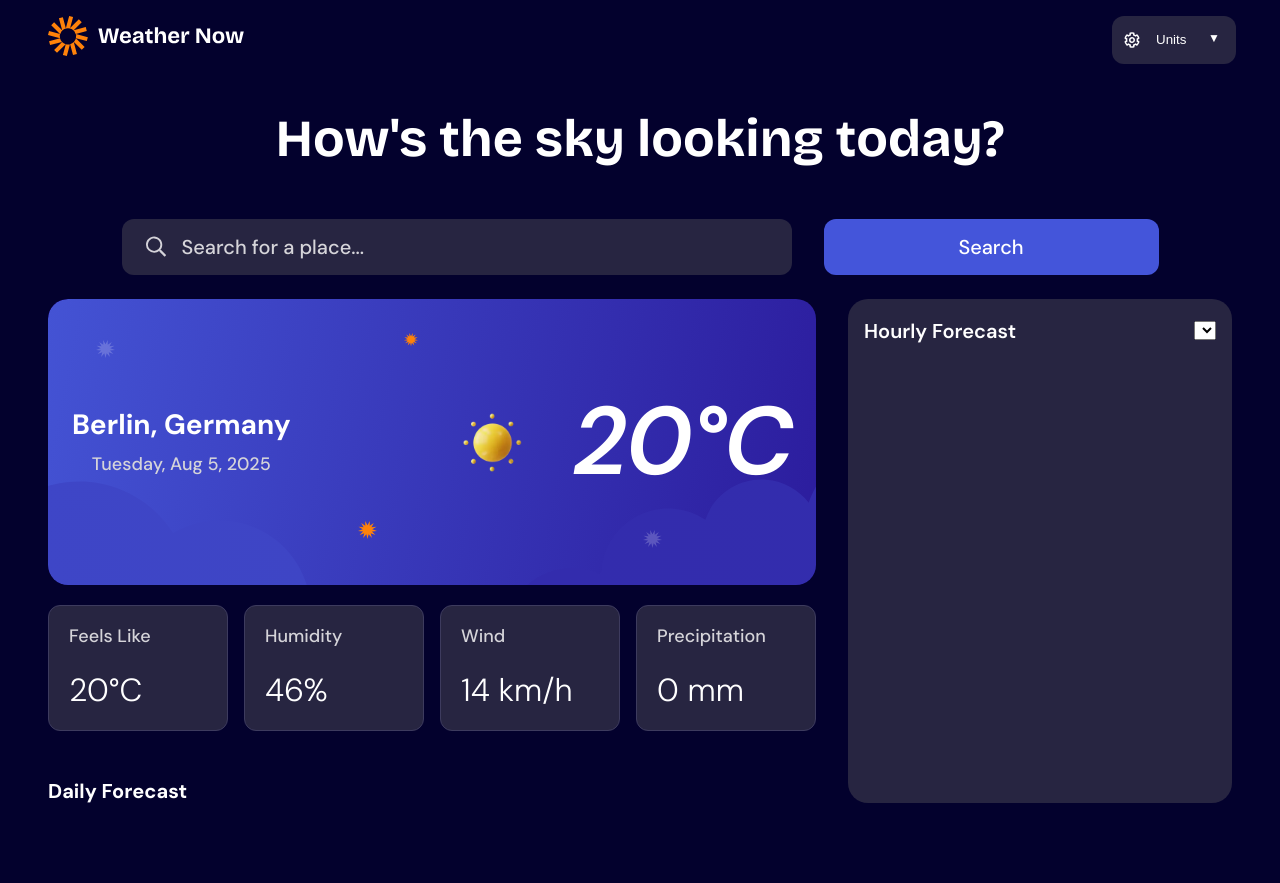
Repository: MKwaak/weather-app-main
Page: index.html
An editor plug-in stored every save of this project. The page is shown before and after the next save, followed by the edit.
The browser window is 1280 px wide. The pictures show the whole page.
The page's requests for data from a server got no answer.

Above is the page before, as saved 2026-01-27 23:35:12.

### index.html
<!doctype html>
<html lang="en">
  <head>
    <meta charset="UTF-8" />
    <meta name="viewport" content="width=device-width, initial-scale=1.0" />
    <!-- displays site properly based on user's device -->

    <link
      rel="icon"
      type="image/png"
      sizes="32x32"
      href="/assets/images/favicon-32x32.png"
    />

    <title>Frontend Mentor | Weather app</title>
    <link rel="stylesheet" href="/style.css" />
    <script src="/script.js" defer></script>

    <!-- Feel free to remove these styles or customise in your own stylesheet 👍 -->
    <style>
      .attribution {
        font-size: 11px;
        text-align: center;
      }
      .attribution a {
        color: hsl(228, 45%, 44%);
      }
    </style>
  </head>
  <body>
    <a href="#main" class="skip-link visually-hidden">skip to main content</a>

    <header class="header wrapper">
      <div class="header__content">
        <a class="header__homelink" href="/">
          <img
            class="header__logo"
            src="/assets/images/logo.svg"
            alt="Weather Now Home"
            width="197"
            height="40"
          />
        </a>

        <div class="header__units">
          <label for="ddlUnits" class="visually-hidden"
            >Temperature units</label
          >

          <div class="header__select">
            <select class="header__dropdown" name="units" id="ddlUnits">
              <option value="">Units</option>
              <option value="C">Celsius</option>
              <option value="F">Fahrenheit</option>
            </select>
          </div>
        </div>
      </div>
    </header>

    <main id="main" class="main wrapper">
      <section class="hero">
        <div class="hero__content">
          <h1 class="hero__title">How's the sky looking today?</h1>

          <form class="hero__search">
            <label for="search" class="visually-hidden">Search Location</label>
            <input
              type="text"
              id="search"
              class="hero__textbox"
              placeholder="Search for a place..."
            />
            <button class="hero__button" type="submit">Search</button>
          </form>
        </div>
      </section>

      <div class="dashboard">
        <section class="current">
          <h2 class="visually-hidden">Current Location Temperature</h2>

          <div class="current__content">
            <div class="current__weather">
              <div class="current__location">
                <div id="divCityCountry" class="current__city">
                  Berlin, Germany
                </div>
                <div id="divCurrentDate" class="current__date">
                  Tuesday, Aug 5, 2025
                </div>
              </div>

              <div class="current__info">
                <img
                  class="current__icon"
                  src="/assets/images/icon-sunny.webp"
                  alt=""
                  width="320"
                  height="320"
                />
                <div id="divCurrentTemp" class="current__temp">
                  <span>20</span>°C
                </div>
              </div>
            </div>

            <div class="current__conditions">
              <div class="block current__condition">
                <p class="current__condition-title">Feels Like</p>
                <p id="feels-like" class="current__condition-value">20°C</p>
              </div>

              <div class="block current__condition">
                <p class="current__condition-title">Humidity</p>
                <p id="humidity" class="current__condition-value">46%</p>
              </div>

              <div class="block current__condition">
                <p class="current__condition-title">Wind</p>
                <p id="wind" class="current__condition-value">14 km/h</p>
              </div>

              <div class="block current__condition">
                <p class="current__condition-title">Precipitation</p>
                <p id="precipitation" class="current__condition-value">0 mm</p>
              </div>
            </div>
          </div>
        </section>

        <section class="daily">
          <h2 class="section__title daily__title">Daily Forecast</h2>
          <div class="daily__forecast" id="dailyForecast"></div>
        </section>

        <section class="hourly">
          <div class="hourly__content">
            <div class="hourly__header">
              <h2 class="section__title hourly__title">Hourly Forecast</h2>
              <label for="hourlyDay" class="visually-hidden">Select day</label>
              <select
                name="hourly-day"
                id="hourlyDay"
                class="hourly__timeframe-select"
              >
                <!-- JS will inject current day -->
              </select>
            </div>

            <div class="hourly__hours" id="hourlyForecast">
              <!-- JS will inject hourly blocks here -->
            </div>
          </div>
        </section>
      </div>
    </main>
  </body>
</html>

### style.css
@layer global {
  /* dm-sans-300 - latin */
  @font-face {
    font-display: swap; /* Check https://developer.mozilla.org/en-US/docs/Web/CSS/@font-face/font-display for other options. */
    font-family: "DM Sans";
    font-style: normal;
    font-weight: 300;
    src: url("/assets/fonts/dm-sans-v17-latin-300.woff2") format("woff2"); /* Fixed path */
  }
  /* dm-sans-500 - latin */
  @font-face {
    font-display: swap; /* Check https://developer.mozilla.org/en-US/docs/Web/CSS/@font-face/font-display for other options. */
    font-family: "DM Sans";
    font-style: normal;
    font-weight: 500;
    src: url("/assets/fonts/dm-sans-v17-latin-500.woff2") format("woff2"); /* Fixed path */
  }
  /* dm-sans-600 - latin */
  @font-face {
    font-display: swap; /* Check https://developer.mozilla.org/en-US/docs/Web/CSS/@font-face/font-display for other options. */
    font-family: "DM Sans";
    font-style: normal;
    font-weight: 600;
    src: url("/assets/fonts/dm-sans-v17-latin-600.woff2") format("woff2"); /* Fixed path */
  }
  /* dm-sans-600italic - latin */
  @font-face {
    font-display: swap; /* Check https://developer.mozilla.org/en-US/docs/Web/CSS/@font-face/font-display for other options. */
    font-family: "DM Sans";
    font-style: italic;
    font-weight: 600;
    src: url("/assets/fonts/dm-sans-v17-latin-600italic.woff2") format("woff2"); /* Fixed path */
  }
  /* dm-sans-700 - latin */
  @font-face {
    font-display: swap; /* Check https://developer.mozilla.org/en-US/docs/Web/CSS/@font-face/font-display for other options. */
    font-family: "DM Sans";
    font-style: normal;
    font-weight: 700;
    src: url("/assets/fonts/dm-sans-v17-latin-700.woff2") format("woff2"); /* Fixed path */
  }

  /* bricolage-grotesque-regular - latin */
  @font-face {
    font-display: swap; /* Check https://developer.mozilla.org/en-US/docs/Web/CSS/@font-face/font-display for other options. */
    font-family: "Bricolage Grotesque";
    font-style: normal;
    font-weight: 400;
    src: url("/assets/fonts/bricolage-grotesque-v9-latin-regular.woff2")
      format("woff2"); /* Fixed path */
  }
  /* bricolage-grotesque-700 - latin */
  @font-face {
    font-display: swap; /* Check https://developer.mozilla.org/en-US/docs/Web/CSS/@font-face/font-display for other options. */
    font-family: "Bricolage Grotesque";
    font-style: normal;
    font-weight: 700;
    src: url("/assets/fonts/bricolage-grotesque-v9-latin-700.woff2")
      format("woff2"); /* Fixed path */
  }

  :root {
    --c-neutral-900: hsl(243, 96%, 9%);
    --c-neutral-800: hsl(243, 27%, 20%);
    --c-neutral-700: hsl(243, 23%, 24%);
    --c-neutral-600: hsl(243, 23%, 30%);
    --c-neutral-300: hsl(240, 6%, 70%);
    --c-neutral-200: hsl(250, 6%, 84%);
    --c-neutral-0: hsl(0, 0%, 100%);
    --c-orange-500: hsl(28, 100%, 52%);
    --c-blue-500: hsl(233, 67%, 56%);
    --c-blue-700: hsl(248, 70%, 36%);

    --color-main-bg: var(--c-neutral-900);
    --color-panel-bg-dark: var(--c-neutral-800);
    --color-panel-bg-dark-hover: var(--c-neutral-700);
    --color-panel-bg-medium: var(--c-neutral-700);
    --color-panel-bg-light: var(--c-neutral-600);
    --color-panel-border: var(--c-neutral-600);
    --color-text-light: var(--c-neutral-0);
    --color-text-med-light: var(--c-neutral-200);
    --color-button-bg: var(--c-blue-500);
    --color-button-bg-hover: var(--c-blue-700);

    --fs-96: calc(96 / 16 * 1rem);
    --fs-52: calc(52 / 16 * 1rem);
    --fs-32: calc(32 / 16 * 1rem);
    --fs-28: calc(28 / 16 * 1rem);
    --fs-20: calc(20 / 16 * 1rem);
    --fs-18: calc(18 / 16 * 1rem);
    --fs-16: calc(16 / 16 * 1rem);
    --fs-14: calc(14 / 16 * 1rem);

    --font-size-h1: var(--fs-52);
    --font-size-dropdown: var(--fs-14);
    --font-size-search: var(--fs-20);
    --font-size-city: var(--fs-28);
    --font-size-date: var(--fs-18);
    --font-size-temp: var(--fs-96);
    --font-size-panel-title: var(--fs-18);
    --font-size-panel-value: var(--fs-32);
    --font-size-forecast-title: var(--fs-20);
    --font-size-forecast-day: var(--fs-18);
    --font-size-forecast-temp: var(--fs-16);
    --font-size-forecast-dropdown: var(--fs-16);
    --font-size-forecast-hour: var(--fs-20);

    @media (width >= calc(700 / 16 * 1rem)) {
      --font-size-dropdown: var(--fs-16);
    }

    --color-white: hsl(0, 0%, 100%);
    --color-light-blue: hsl(223, 64%, 98%);
    --color-light-grayish-blue: hsl(223, 23%, 93%);
    --color-dark-grayish-blue: hsl(219, 14%, 63%);
    --color-very-dark-blue: hsl(218, 23%, 16%);
    --font-family-primary: "DM Sans", sans-serif; /* Removed duplicate */
    --font-family-secondary:
      "Bricolage Grotesque", sans-serif; /* Removed duplicate */
  }

  *,
  *::before,
  *::after {
    box-sizing: border-box;
  }
  * {
    margin: 0;
  }

  img {
    max-width: 100%;
  }

  body {
    font-family: "DM Sans", Arial, Helvetica, sans-serif;
    font-weight: 500;
    background-color: var(--color-main-bg);
    color: var(--color-text-light);
    line-height: 1.2;
    padding-block-end: 80px;
  }

  h1 {
    font-family: "Bricolage Grotesque", Arial, Helvetica, sans-serif;
  }

  input,
  button,
  textarea {
    font: inherit;
    width: 100%;
    border: none;
  }

  .wrapper {
    display: grid;
    /* Gebruik 'minmax' voor de middelste kolom om stabiliteit te forceren */
    grid-template-columns:
      1fr
      minmax(0, calc(1200 / 16 * 1rem))
      1fr;
    padding-inline: 16px; /* Dit vervangt die calc(100% - 32px) logica op een cleanere manier */

    @media (width >= calc(700 / 16 * 1rem)) {
      grid-template-columns:
        1fr
        minmax(0, calc(1184 / 16 * 1rem))
        1fr;
      padding-inline: 24px;
    }

    > * {
      grid-column: 2;
    }
  }

  .visually-hidden {
    position: absolute;
    left: -10000px;
    top: auto;
    width: 1px;
    height: 1px;
    overflow: hidden;
  }

  .main {
    width: 100%;
    max-width: 1280px; /* pick a number and stick to it */
    margin-inline: auto;
    padding-inline: 24px;
  }

  .dashboard {
    display: grid;
    gap: 32px;
    grid-template-areas:
      "current"
      "daily"
      "hourly";
    @media (width >= calc(1000 / 16 * 1rem )) {
      gap: 48px 32px;
      grid-template-columns: minmax(0, 2fr) minmax(0, 1fr);
      grid-template-areas:
        "current current hourly"
        "daily daily hourly";
    }
  }

  .block {
    background-color: var(--color-panel-bg-dark);
    border: 1px solid var(--color-panel-border);
    border-radius: 12px;
  }

  .visually-hidden {
    position: absolute !important;
    width: 1px;
    height: 1px;
    padding: 0;
    margin: -1px;
    overflow: hidden;
    clip: rect(0, 0, 0, 0);
    clip-path: inset(50%);
    white-space: nowrap;
    border: 0;
  }

  .skip-link:focus {
    position: absolute;
    left: 16px;
    right: 16px;
    width: auto;
    height: auto;
    margin: 0;
    clip-path: none;
    white-space: normal;
    background-color: var(--color-main-bg);
    color: var(--color-text-light);
    padding: 10px 14px;
    z-index: 1000;
  }
}

@layer component {
  .header {
    .header__content {
      display: flex;
      align-items: center;
      justify-content: space-between;
      padding-block-start: 16px;
    }

    .header__homelink {
    }
    .header__logo {
      width: calc(137 / 16 * 1rem);

      @media screen and (width >= calc(700 / 16 * 1rem)) {
        width: calc(197 / 16 * 1rem);
      }
    }

    .header__select {
      position: relative;
      width: 120px;
      height: 44px;
      overflow: visible; /* important for debugging */
    }

    .header__select::after {
      content: "▼";
      position: absolute;
      right: 12px;
      top: 50%;
      transform: translateY(-50%);
      font-size: 12px;
      color: white;
      pointer-events: none;
    }

    .header__dropdown {
      /*background-image: url("/assets/images/icon-units.svg"); This line is in HTML */
      appearance: none;
      -webkit-appearance: none;
      -moz-appearance: none;

      height: 48px;
      padding: 0 1rem 0 2.75rem;
      line-height: 48px;

      background-color: var(--color-panel-bg-dark);
      background-image: url("/assets/images/icon-units.svg");
      background-repeat: no-repeat;
      background-position: 0.75rem center;
      background-size: 16px;

      color: var(--color-text-light);
      border: none;
      border-radius: 12px;
      cursor: pointer;
    }
  }

  .hero {
    .hero__content {
      display: grid;
      justify-items: stretch; /* Dwingt kinderen om breedte te pakken */
      padding-block-start: 48px;
      width: 100%;
    }

    .hero__title {
      font-size: var(--font-size-h1);
      margin-block-end: 48px;
      text-align: center;
      line-height: 1.2;

      @media (width < calc(1000 / 16 * 1rem)) {
        max-width: 15ch;
      }
    }

    /* Hero search container */
    .hero__search {
      display: grid;
      grid-template-columns: 1fr;
      gap: 16px;

      /* MATCH DE DASHBOARD-LOGICA: */
      width: 100%;
      max-width: 1037px; /* Zorg dat dit exact gelijk is aan de max-width van je dashboard */
      margin-inline: auto; /* Dit centreert de balk, net zoals bij het dashboard */
      margin-block-end: 24px;

      @media (min-width: calc(1000 / 16 * 1rem)) {
        /* Gebruik exact dezelfde kolommen en gap als in je dashboard */
        grid-template-columns: 2fr 1fr;
        gap: 32px;
        align-items: center;
      }
    }

    /* Input box */
    .hero__textbox {
      appearance: none;
      -webkit-appearance: none;

      background-color: var(--color-panel-bg-dark);
      background-image: url("/assets/images/icon-search.svg");
      background-repeat: no-repeat;
      background-position: 24px center;
      color: var(--color-text-light);
      font-size: var(--font-size-search);
      padding: 16px 20px 16px 60px;
      border: none;
      border-radius: 12px;
      width: 100%; /* fill available space in grid */
      min-width: 0; /* allow shrinking in grid */
      box-sizing: border-box; /* include padding in width */
    }

    /* remove default focus outline */
    .hero__textbox:focus {
      outline: none;
    }

    /* accessible keyboard focus */
    .hero__textbox:focus-visible {
      box-shadow: 0 0 0 2px var(--color-panel-border);
    }

    /* placeholder text */
    .hero__textbox::placeholder {
      color: var(--color-text-med-light);
    }

    /* hover */
    .hero__textbox:hover {
      background-color: var(--color-panel-bg-dark-hover);
    }

    .hero__textbox:-webkit-autofill {
      -webkit-box-shadow: 0 0 0 1000px var(--color-panel-bg-dark) inset;
      -webkit-text-fill-color: var(--color-text-light);
    }

    /* Search button */
    .hero__button {
      background-color: var(--c-blue-500);
      border-radius: 12px;
      font-size: var(--font-size-search);
      color: var(--color-text-light);
      padding: 16px 24px; /* keep top/bottom padding */
      transition: background-color 120ms ease-in-out;
      height: 100%; /* match input height when side-by-side */
    }

    .hero__button:hover {
      /* Fixed nested selector */
      background-color: var(--color-button-bg-hover);
      cursor: pointer;
    }
  }

  .current {
    grid-area: current;
    min-width: 0; /* allow shrinking in grid */

    .current__weather {
      display: flex;
      flex-direction: column;
      gap: 16px;
      margin-block-end: 20px;
      padding: 40px 24px;
      background-image: url(/assets/images/bg-today-small.svg);
      background-repeat: no-repeat;
      background-color: var(--c-blue-700);
      background-size: cover;
      background-position: center-bottom;
      border-radius: 20px;
      overflow: hidden;

      @media (width >= calc(700 / 16 * 1rem)) {
        flex-direction: row;
        justify-content: space-between;
        align-items: center;
        background-image: url(/assets/images/bg-today-large.svg);
        padding-block: 83px;
      }
    }

    .current__location {
      text-align: center;
    }

    .current__city {
      font-size: var(--font-size-city);
      font-weight: 700;
      margin-block-end: 12px;

      white-space: nowrap; /* Dwingt de naam op één regel */
      overflow: hidden; /* Verbergt wat buiten de bak steekt */
      text-overflow: ellipsis; /* Plakt automatisch '...' aan het eind als het te lang is */
    }

    .current__date {
      font-size: var(--font-size-date);
      color: var(--color-text-med-light);
    }

    .current__info {
      display: flex;
      align-items: center;
      gap: 20px;
      /* Dwing deze container om niet te groeien/krimpen op basis van de temp */
      flex-shrink: 0;
      min-width: 0;
    }

    .current__icon {
      width: 120px;
      height: auto;
    }

    .current__temp {
      font-size: var(--font-size-temp);
      line-height: 1;
      letter-spacing: -0.02em;
      font-weight: 600;
      font-style: italic;
      /* Optioneel: geef de temp een kleine vaste breedte als hij nog steeds duwt */
      min-width: 1.5ch;
    }

    .current__conditions {
      display: grid;
      grid-template-columns: repeat(2, 1fr);
      gap: 16px;

      @media (width >= calc(700 / 16 * 1rem)) {
        grid-template-columns: repeat(4, 1fr);
      }

      .current__condition {
        padding: 20px;
      }

      .current__condition-title {
        font-size: var(--font-size-panel-title);
        color: var(--color-text-med-light);
        margin-block-end: 24px;
      }

      .current__condition-value {
        font-size: var(--font-size-panel-value);
        font-weight: 300;
      }
    }
  }

  .daily {
    grid-area: daily;
  }

  .daily__title {
    font-size: var(--font-size-forecast-title);
  }

  .daily__forecast {
    display: grid;
    grid-template-columns: repeat(3, 1fr);
    gap: 16px;

    @media (width >= calc(700 / 16 * 1rem)) {
      grid-template-columns: repeat(7, 1fr);
    }
  }

  .daily__day {
    display: grid;
    justify-items: center;
    gap: 16px;
    padding: 16px 10px;
    text-align: center;
  }

  .daily__day-title {
    font-size: var(--font-size-forecast-day);
  }

  .daily__day-icon {
    width: 60px;
    height: auto;
  }

  .daily__day-temps {
    display: flex;
    justify-content: space-between;
    font-size: var(--font-size-forecast-temp);
    justify-self: stretch;
    /*width: 100%;*/
  }

  .daily__day-high {
  }

  .daily__day-low {
    color: var(--color-text-med-light);
  }
}

.hourly {
  grid-area: hourly;
  display: flex;
  flex-direction: column;
  height: 100%; /* 👈 allow full grid height */
  background-color: var(--color-panel-bg-dark);
  border-radius: 20px;
  padding: 20px 16px;
}

.hourly__header {
  display: flex;
  justify-content: space-between;
  align-items: center;
  margin-block-end: 16px;
}

.hourly__title {
  font-size: var(--font-size-forecast-title);
  font-weight: 600;
}

.hourly__select {
}

.hourly__select-day {
}

/* Hourly container */
.hourly__hours {
  flex: 1; /* fill remaining height of .hourly */
  display: flex;
  flex-direction: column; /* stack vertically */
  gap: 12px; /* spacing between hour blocks */
  overflow-y: auto; /* scroll if too many hours */
  padding-right: 4px; /* optional for scrollbar spacing */
}

/* Hourly blocks */
.hourly__hour {
  display: grid;
  grid-template-columns: auto 1fr auto; /* icon | time | temp */
  align-items: center;
  padding: 12px 16px; /* slightly bigger padding for height */
  background-color: var(--color-panel-bg-medium);
  border: 1px solid var(--color-panel-border);
  border-radius: 8px;

  flex: 1 1 0; /* 👈 make each hour block grow equally */
  min-height: 60px; /* optional, keeps them readable */
}

.hourly__hour-icon {
  width: 32px;
  height: 32px;
}

.hourly__hour-time {
  text-align: left;
}

.hourly__hour-temp {
  text-align: right;
}

/* Highlight current hour */
.hourly__hour.current {
  border: 2px solid var(--color-accent);
  background-color: var(--color-panel-bg-light);
}

/* Dashboard wrapper */
.dashboard {
  display: grid;
  width: 100%; /* DIT zorgt dat hij niet 'ademt' met de tekst mee */
  max-width: 1200px;
  row-gap: 24px; /* vertical spacing between panels */
  column-gap: 32px; /* horizontal spacing between columns */
  margin: 0 auto; /* center horizontally */
  grid-template-areas:
    "current"
    "daily"
    "hourly";
}

@media (width >= calc(1000 / 16 * 1rem)) {
  .dashboard {
    gap: 48px 32px;
    /* DIT IS DE KEY: we vervangen 2fr 1fr door dit: */
    grid-template-columns: minmax(0, 2fr) minmax(0, 1fr);

    grid-template-areas:
      "current hourly"
      "daily   hourly";
  }
}
/* Debug outlines - remove these later
.hero__content {
  outline: 2px solid red !important;
}
.hero__search {
  outline: 2px solid lime !important;
}
.dashboard {
  outline: 2px solid cyan !important;
}
  */

Loaded but not shown: script.js (391 lines, source omitted)

After the next save:
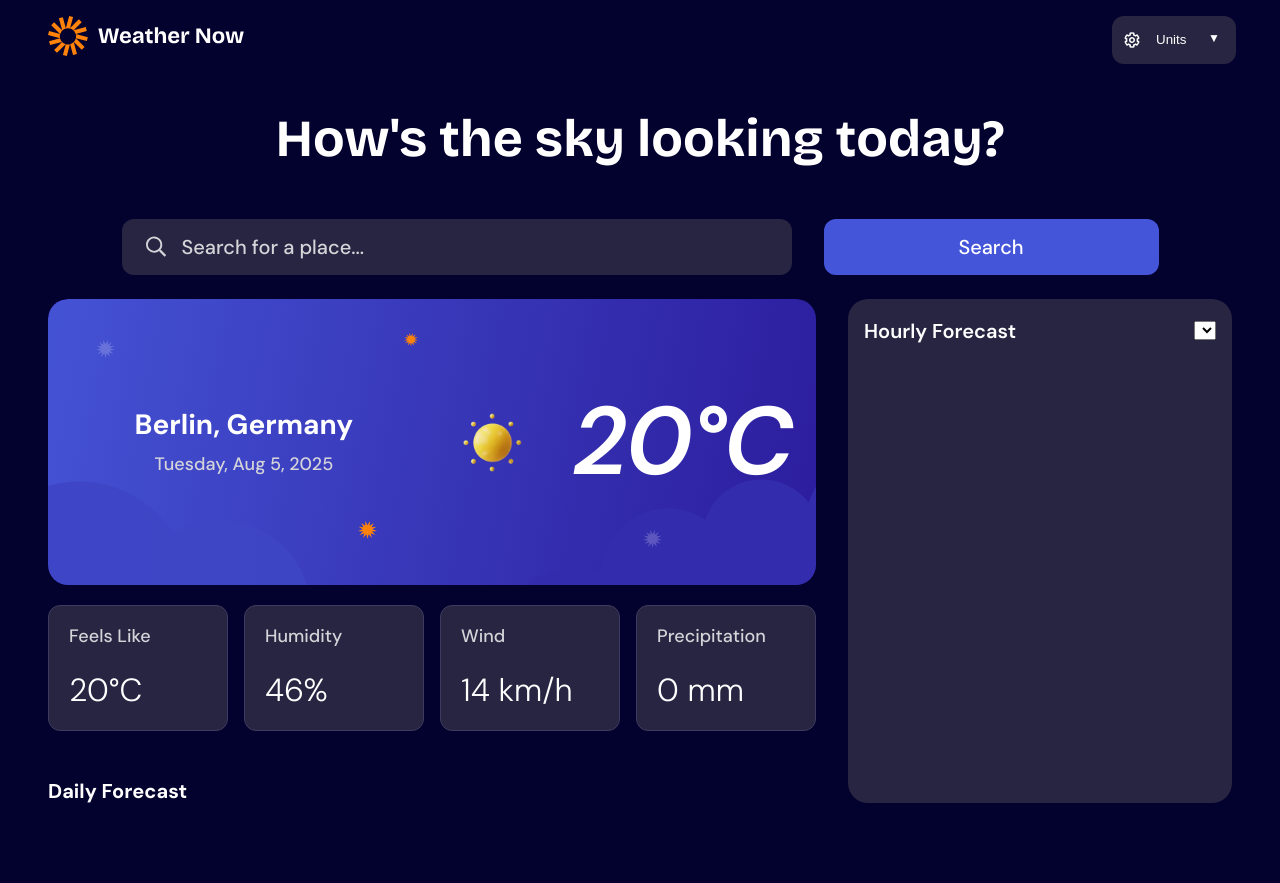
Saved 10 min 42 s later.
--- a/style.css
+++ b/style.css
@@ -408,6 +408,7 @@
     min-width: 0; /* allow shrinking in grid */
 
     .current__weather {
+      /* --- Standaard styles (Mobile First) --- */
       display: flex;
       flex-direction: column;
       gap: 16px;
@@ -421,12 +422,15 @@
       border-radius: 20px;
       overflow: hidden;
 
+      /* --- Desktop aanpassingen (In de selector geschoven) --- */
       @media (width >= calc(700 / 16 * 1rem)) {
-        flex-direction: row;
-        justify-content: space-between;
+        display: grid; /* Veranderd van flex naar grid voor stabiliteit */
+        grid-template-columns: 1fr auto; /* Stad links, Temp rechts */
         align-items: center;
         background-image: url(/assets/images/bg-today-large.svg);
         padding-block: 83px;
+
+        /* Geen justify-content of flex-direction meer nodig door Grid */
       }
     }
 
